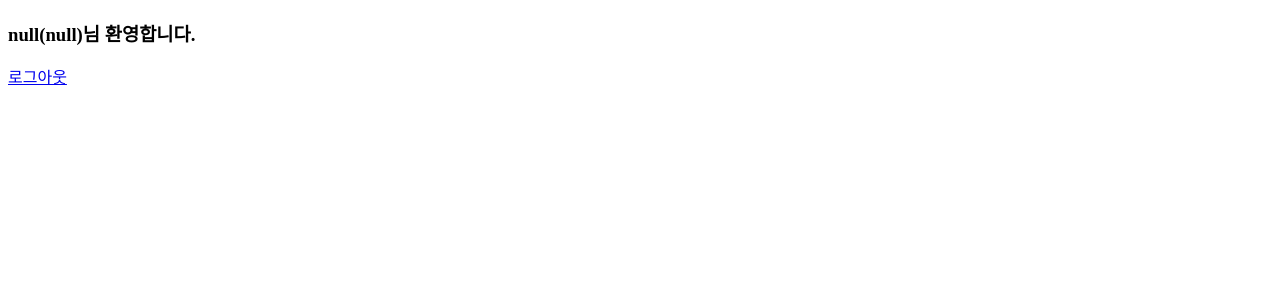
Repository: hanbeen03/javabasic
Page: http://localhost/JSPBasic/04-session/session_welcome.jsp
An editor plug-in stored every save of this project. The page is shown before and after the next save, followed by the edit.
The browser window is 1280 px wide. The pictures show the whole page.
The page is served by Tomcat 9.

Above is the page before, as saved 2021-08-03 05:43:42.

After the next save:
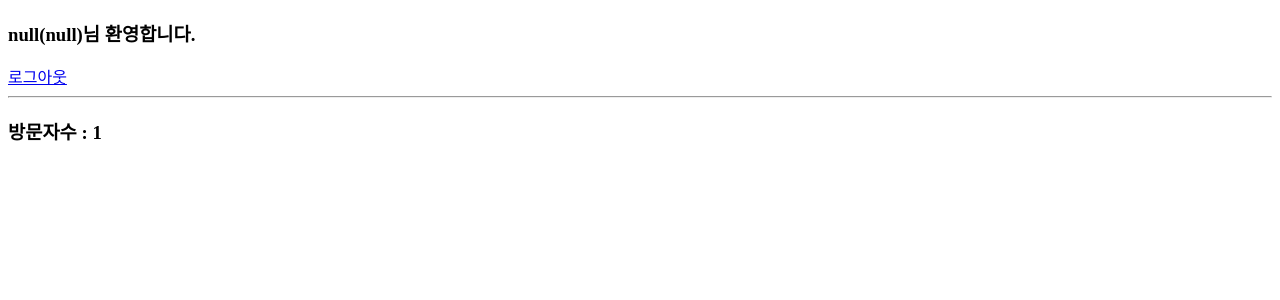
Saved 6 min 59 s later.
--- a/JSPBasic/WebContent/04-session/session_welcome.jsp
+++ b/JSPBasic/WebContent/04-session/session_welcome.jsp
@@ -14,5 +14,9 @@
 <body>
 	<h3><%= nick %>(<%= id %>)님 환영합니다.</h3>
 	<a href="session_logout.jsp">로그아웃</a>
+
+	<%-- 페이지 include : 다른 페이지의 소스코드를 그대로
+	 현재 페이지에 붙여넣어줄 때 쓰는 문법입니다. --%>
+	<%@ include file="application_basic.jsp" %>
 </body>
 </html>
